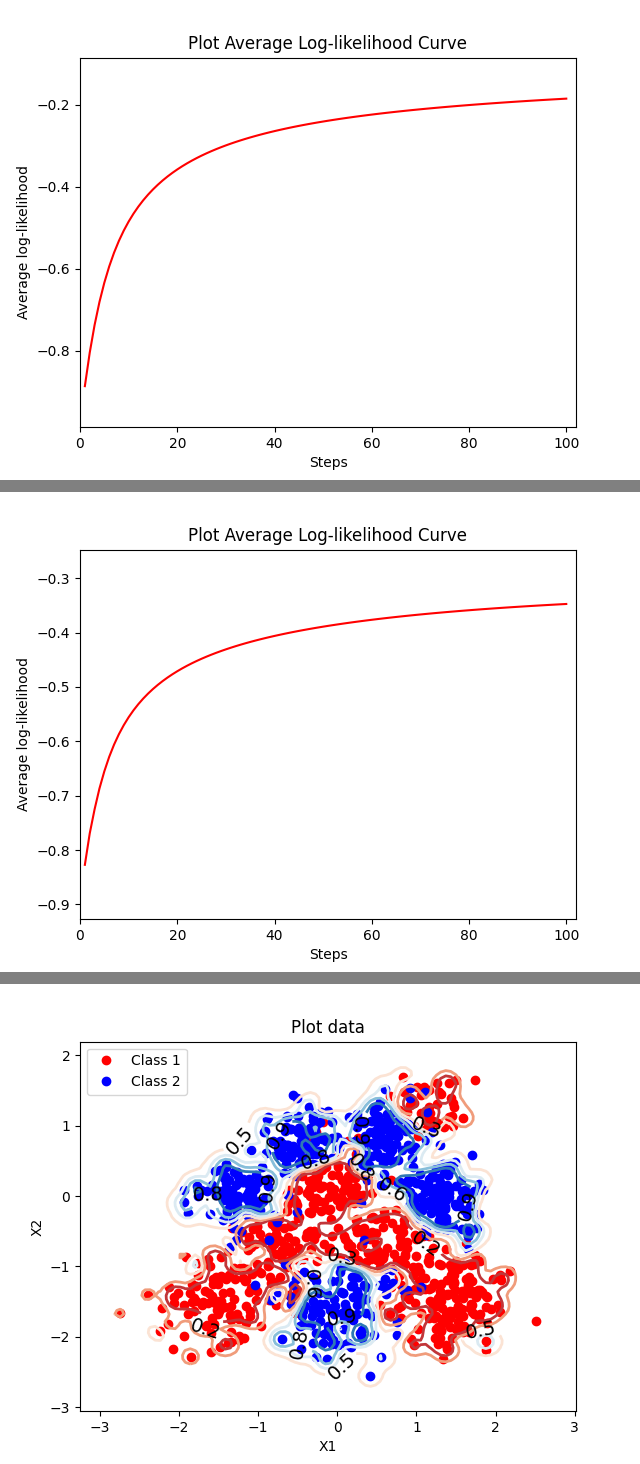
Repository: DhruvTrehan03/3F8
Script's output: python Lab.py
An editor plug-in stored every save of this project. The script's output is shown before and after the next save, followed by the edit.
Each picture stacks the figures in order, with grey between them; figures that are only written to a file come last. Random numbers start from a fixed seed.

Above is the script's output before, as saved 2024-02-16 12:55:48.

### Lab.py
import numpy as np
import matplotlib.pyplot as plt

def logistic(x):
    return 1.0 / (1.0 + np.exp(-x))

def plot_data_internal(X, y):
    x_min, x_max = X[ :, 0 ].min() - .5, X[ :, 0 ].max() + .5
    y_min, y_max = X[ :, 1 ].min() - .5, X[ :, 1 ].max() + .5
    xx, yy = np.meshgrid(np.linspace(x_min, x_max, 100), np.linspace(y_min, y_max, 100))
    plt.figure()
    plt.xlim(xx.min(None), xx.max(None))
    plt.ylim(yy.min(None), yy.max(None))
    ax = plt.gca()
    ax.plot(X[y == 0, 0], X[y == 0, 1], 'ro', label = 'Class 1')
    ax.plot(X[y == 1, 0], X[y == 1, 1], 'bo', label = 'Class 2')
    plt.xlabel('X1')
    plt.ylabel('X2')
    plt.title('Plot data')
    plt.legend(loc = 'upper left', scatterpoints = 1, numpoints = 1)
    return xx, yy

def plot_data(X, y):
    xx, yy = plot_data_internal(X, y)
    plt.show()

def log_likelihood (y, X, B):
    L= np.prod(np.power(sigmoid(X@B),(y)) * np.power(sigmoid(X@B),(1-y)))
    # for i in range(len(X[:,0])):
    #     L *= (sigmoid(B.T@X[i,:].T)**y[i])*(sigmoid(-B.T@X[i,:].T)**(1-y[i]))
    LL = np.log(L)
    return LL

def predict(X_tilde, w):
    return logistic(np.dot(X_tilde, w))

def get_x_tilde(X):
    return np.concatenate((np.ones((X.shape[ 0 ], 1 )), X), 1)

def plot_ll(ll):
    plt.figure()
    ax = plt.gca()
    plt.xlim(0, len(ll) + 2)
    plt.ylim(min(ll) - 0.1, max(ll) + 0.1)
    ax.plot(np.arange(1, len(ll) + 1), ll, 'r-')
    plt.xlabel('Steps')
    plt.ylabel('Average log-likelihood')
    plt.title('Plot Average Log-likelihood Curve')
    plt.show()

def plot_predictive_distribution(X, y, w, map_inputs = lambda x : x):
    xx, yy = plot_data_internal(X, y)
    ax = plt.gca()
    X_tilde = get_x_tilde(map_inputs(np.concatenate((xx.ravel().reshape((-1, 1)), yy.ravel().reshape((-1, 1))), 1)))
    Z = predict(X_tilde, w)
    Z = Z.reshape(xx.shape)
    cs2 = ax.contour(xx, yy, Z, cmap = 'RdBu', linewidths = 2)
    plt.clabel(cs2, fmt = '%2.1f', colors = 'k', fontsize = 14)
    plt.show()

def compute_average_ll(X_tilde, y, w):
    output_prob = predict(X_tilde, w)
    return np.mean(y * np.log(output_prob) + (1 - y) * np.log(1.0 - output_prob))

def fit_w(X_tilde_train, y_train, X_tilde_test, y_test, n_steps, alpha):
    w = np.random.randn(X_tilde_train.shape[ 1 ])
    ll_train = np.zeros(n_steps)
    ll_test = np.zeros(n_steps)
    for i in range(n_steps):
        sigmoid_value = predict(X_tilde_train, w)
        w += alpha * X_tilde_train.T@(y_train-sigmoid_value)     # Gradient-based update rule for w. To be completed by the student
        ll_train[ i ] = compute_average_ll(X_tilde_train, y_train, w)
        ll_test[ i ] = compute_average_ll(X_tilde_test, y_test, w)
        print(ll_train[ i ], ll_test[ i ])

    return w, ll_train, ll_test

def evaluate_basis_functions(l, X, Z):
    X2 = np.sum(X**2, 1)
    Z2 = np.sum(Z**2, 1)
    ones_Z = np.ones(Z.shape[ 0 ])
    ones_X = np.ones(X.shape[ 0 ])
    r2 = np.outer(X2, ones_Z) - 2 * np.dot(X, Z.T) + np.outer(ones_X, Z2)
    return np.exp(-0.5 / l**2 * r2)

def conf_mat(y_test, X_tilde_test, w):
    z = (predict(X_tilde_test, w)>0.5)
    P_0_0 = 0
    P_1_0 = 0
    P_0_1 = 0
    P_1_1 = 0
    for i in range(len(y_test)):
        if y_test[i] == 0:
            if z[i] == 0:
                P_0_0 += 1
            elif z[i] == 1:
                P_1_0 += 1
        if y_test[i] == 1:
            if z[i] == 0:
                P_0_1 += 1
            elif z[i] == 1:
                P_1_1 += 1
    print(np.array([[P_0_0/200, P_1_0/200],[P_0_1/200, P_1_1/200]]))

X = np.loadtxt('X.txt')
y = np.loadtxt('y.txt')
permutation = np.random.permutation(X.shape[ 0 ])
X = X[ permutation, : ]
y = y[ permutation ]

n_train = 800
X_train = X[ 0 : n_train, : ]
X_test = X[ n_train :, : ]
y_train = y[ 0 : n_train ]
y_test = y[ n_train : ]

# Eta = 0.001
# Max_it = 100

# X_tilde_train = get_x_tilde(X_train)
# X_tilde_test = get_x_tilde(X_test)
# w, ll_train, ll_test = fit_w(X_tilde_train, y_train, X_tilde_test, y_test, Max_it, Eta)
# plot_ll(ll_train)
# plot_ll(ll_test)
# plot_predictive_distribution(X, y, w)

l = 0.1 # Width of the Gaussian basis funcction. To be completed by the student

X_tilde_train = get_x_tilde(evaluate_basis_functions(l, X_train, X_train))
X_tilde_test = get_x_tilde(evaluate_basis_functions(l, X_test, X_train))

# We train the new classifier on the feature expanded inputs

alpha = 0.01 # Learning rate for gradient-based optimisation with basis functions. To be completed by the student
n_steps = 100 # Number of steps of gradient-based optimisation with basis functions. To be completed by the student

w, ll_train, ll_test = fit_w(X_tilde_train, y_train, X_tilde_test, y_test, n_steps, alpha)

# We plot the training and test log likelihoods

plot_ll(ll_train)
plot_ll(ll_test)

# We plot the predictive distribution

plot_predictive_distribution(X, y, w, lambda x : evaluate_basis_functions(l, x, X_train))
conf_mat(y_test, X_tilde_train, w)

### y.txt
0
0
1
1
1
0
1
0
0
1
0
0
1
0
0
1
1
1
0
0
0
0
1
1
1
0
1
1
1
1
0
1
0
1
0
0
0
1
1
0
0
1
1
1
1
1
1
0
0
1
0
0
1
1
1
1
1
1
1
1
1
1
0
1
0
1
0
1
1
1
0
1
0
1
1
1
0
1
0
0
1
1
1
1
0
1
0
0
0
1
0
1
1
1
1
1
1
0
0
1
1
0
0
1
1
1
1
0
0
1
0
0
0
0
1
1
0
1
1
0
0
1
1
1
0
0
1
0
0
1
0
1
0
1
0
0
1
0
0
1
0
1
1
0
1
0
1
1
0
1
1
1
0
0
1
1
1
0
0
0
0
0
1
1
0
0
0
1
1
1
1
1
1
1
1
1
1
0
0
0
1
0
0
1
1
1
1
1
0
0
1
1
0
0
0
0
0
0
1
1
1
0
1
0
1
1
0
0
1
1
0
1
1
1
0
0
0
0
0
1
0
1
1
0
1
0
1
0
0
0
1
0
1
0
1
1
1
0
1
1
1
1
1
1
0
0
0
0
0
0
1
1
1
0
0
0
0
1
0
0
1
1
1
1
1
0
1
1
1
0
0
0
1
1
0
1
0
1
0
0
1
0
1
0
0
0
1
1
1
0
1
1
1
0
0
1
1
0
1
1
0
1
1
0
0
0
0
0
1
1
0
0
1
0
1
1
0
0
1
1
0
0
0
0
0
0
1
0
0
1
0
1
0
0
1
0
0
0
0
0
0
0
1
1
0
0
0
1
0
0
0
1
0
0
0
1
0
1
0
1
0
1
0
0
1
0
0
1
0
0
1
0
1
0
1
1
1
1
1
1
0
0
0
0
0
0
0
1
1
0
0
1
1
0
0
0
0
0
1
0
0
1
0
1
1
1
1
1
0
0
0
1
1
1
1
1
1
1
1
1
1
1
0
0
1
0
0
1
1
0
1
0
0
1
0
1
0
1
0
1
1
1
0
0
0
1
1
1
0
1
1
1
0
1
1
1
1
1
1
1
0
0
0
0
1
0
0
1
1
1
1
1
1
1
1
1
0
0
0
1
1
0
0
1
0
0
0
0
0
0
0
0
1
0
0
0
0
1
0
1
0
0
0
0
0
1
1
1
0
1
0
0
1
0
0
0
1
0
1
0
1
1
0
0
1
1
1
0
0
1
1
1
1
0
1
1
1
1
1
0
1
1
0
0
0
1
0
0
0
0
0
0
0
0
1
0
0
1
1
1
1
0
0
0
1
1
1
1
0
0
1
0
0
0
1
0
1
1
0
1
0
0
1
0
0
1
0
0
0
1
0
0
1
0
0
1
0
0
0
1
0
1
0
0
0
1
0
1
0
1
1
1
0
1
1
0
0
1
1
0
0
1
0
1
0
1
1
1
1
1
0
1
0
0
1
0
1
0
1
1
1
0
0
1
0
1
0
0
1
1
0
0
0
1
0
0
1
1
1
1
0
1
0
0
0
0
1
1
0
0
0
0
1
1
1
1
0
1
0
0
1
0
1
0
0
1
0
1
1
1
1
1
0
0
0
1
0
1
0
0
0
1
0
0
0
1
0
0
1
0
0
0
1
0
1
1
1
1
1
0
1
0
1
1
0
0
0
0
0
0
1
1
0
0
0
1
0
0
0
0
1
1
0
0
0
0
1
0
0
0
0
1
1
0
0
0
1
0
1
0
1
1
1
0
0
1
0
1
1
0
0
1
1
0
0
1
0
1
0
1
0
1
1
0
1
0
0
1
1
0
1
1
1
0
1
0
0
0
1
1
0
1
0
0
0
1
0
0
0
1
0
1
0
1
0
1
1
1
0
1
1
1
0
0
1
0
0
1
0
0
0
1
0
1
1
0
0
1
0
1
0
0
1
0
1
1
1
0
0
0
1
1
0
0
1
1
1
0
1
1
1
1
1
0
0
0
1
0
1
1
0
1
0
1
0
1
1
1
0
1
0
1
0
0
0
1
1
1
1
0
0
0
0
1
1
0
1
0
1
0
0
1
1
1
0
1
1
1
0
0
1
0
1
0
1
0
0
0
1
0
0
0
0
0
0
1
0
0
0
0
0
0
0
1
0
1
1
0
1
0
1
1
1
0
0
1
0
1
0
0
1
1
1
0
1
1
1
1
1
1
1
1
1
1
1
0
0
0
1
1
1
1
1
1
1
0
0
1
0
0
1
0
0
0
0
0
1
0
1
1
0
1
0
0
1
0
0
0
0
1

Loaded but not shown: X.txt (1000 lines, source omitted)

After the next save:
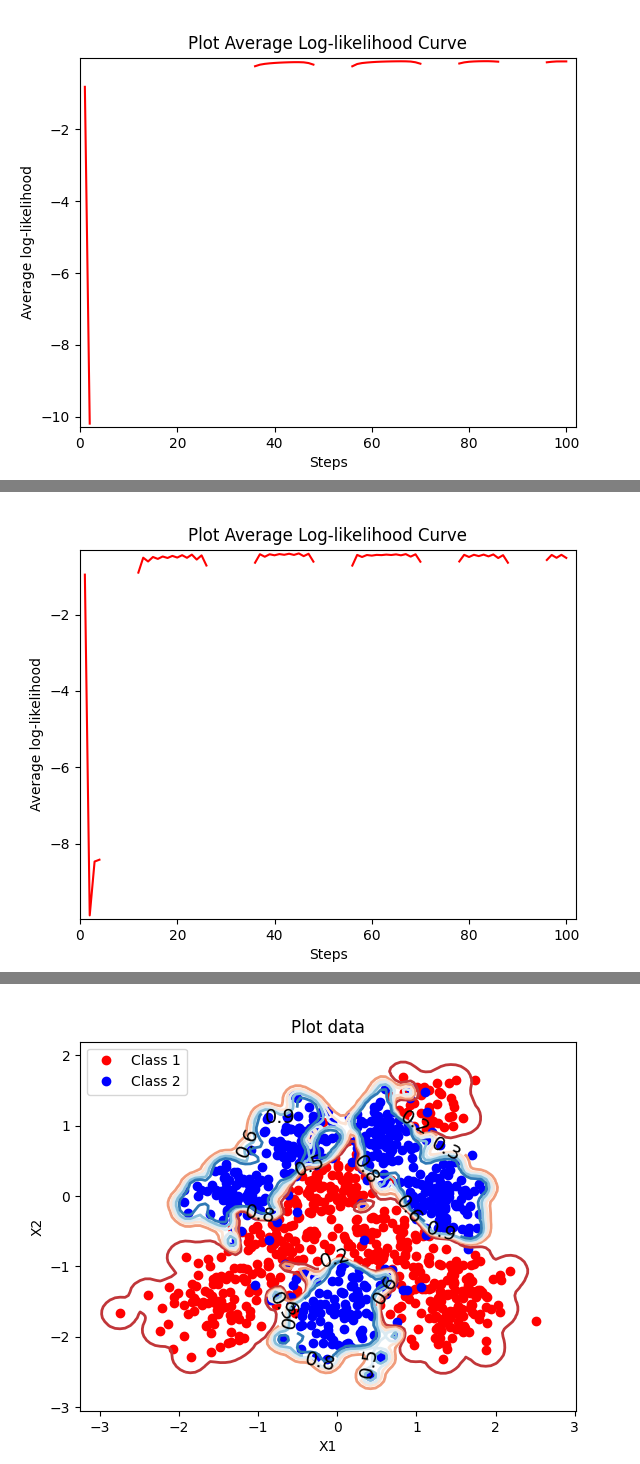
Saved 11 s later.
--- a/Lab.py
+++ b/Lab.py
@@ -131,7 +131,7 @@ X_tilde_test = get_x_tilde(evaluate_basis_functions(l, X_test, X_train))
 
 # We train the new classifier on the feature expanded inputs
 
-alpha = 0.01 # Learning rate for gradient-based optimisation with basis functions. To be completed by the student
+alpha = 0.1 # Learning rate for gradient-based optimisation with basis functions. To be completed by the student
 n_steps = 100 # Number of steps of gradient-based optimisation with basis functions. To be completed by the student
 
 w, ll_train, ll_test = fit_w(X_tilde_train, y_train, X_tilde_test, y_test, n_steps, alpha)
